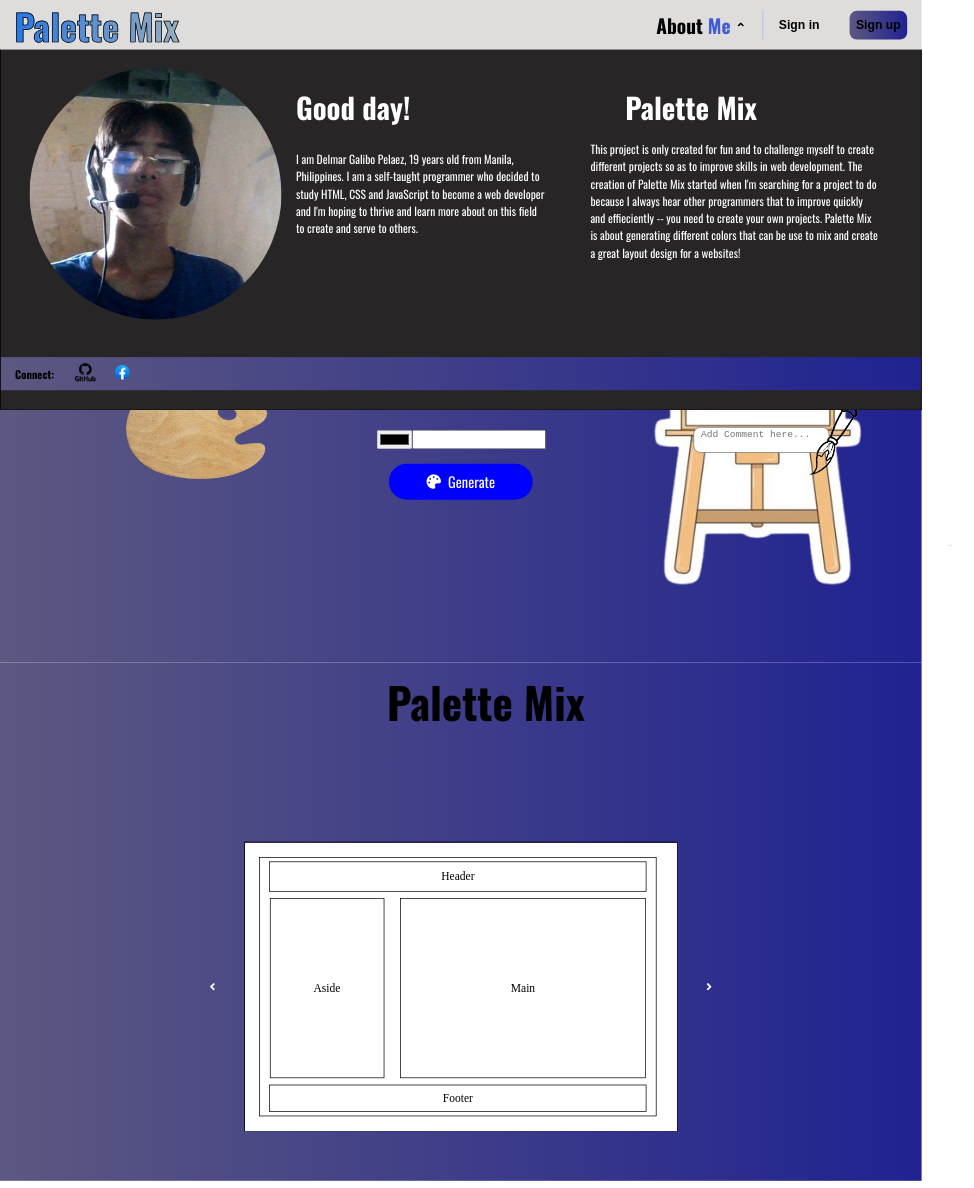
Repository: dmpelaez/Login-Signup-form
Page: Color/colorHeader.html
The author's editor kept a copy of each file at every save. The page is drawn from the files as they stood at one save, then again after the next save.
The browser window is 1280 px wide. The page is 1353 px wide, so the pictures cover 1353 px, including what lies to the right of the window. The pictures show the whole page, at 72% of full size.
Some web libraries are served in a nearby version.

Above is the page before, as saved 2025-12-12 18:47:02.

After the next save:
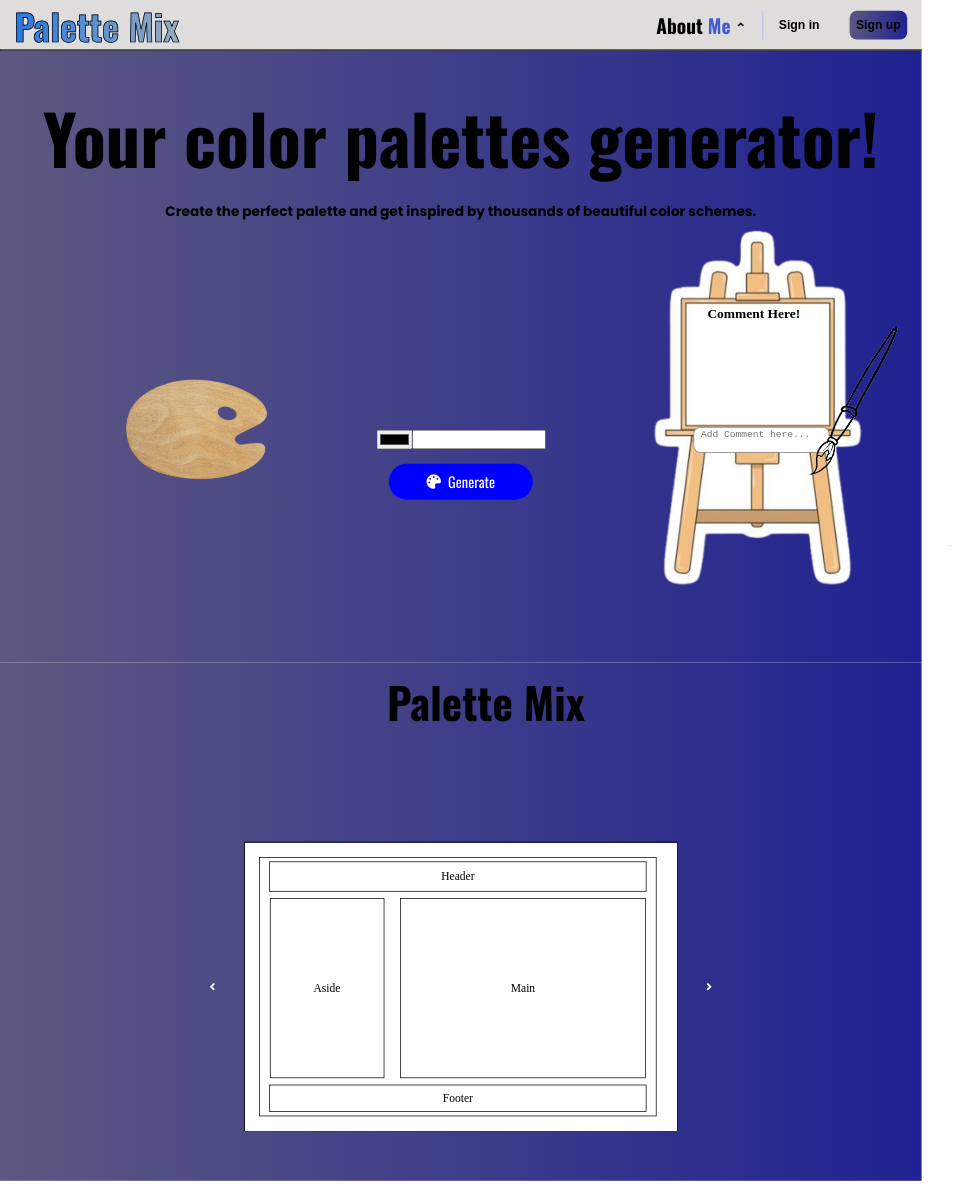
Saved 75 s later.
--- a/Color/colorMain.css
+++ b/Color/colorMain.css
@@ -37,12 +37,18 @@ position: relative;
   top: 100%;
   right: 0%;
   border-top: none;
-  height: 500px;
+  height: 0px;
   justify-content: space-between;
   align-items: center;
   grid-template-columns: 1fr 1fr;
   grid-template-rows: 1fr 100px;
   overflow: hidden;
+  transition: height 0.3s ease;
+}
+
+.aboutmeSection .btndown {
+  display: initial;
+  height: 500px
 }
 .sectionAboutme {
   display: flex;
